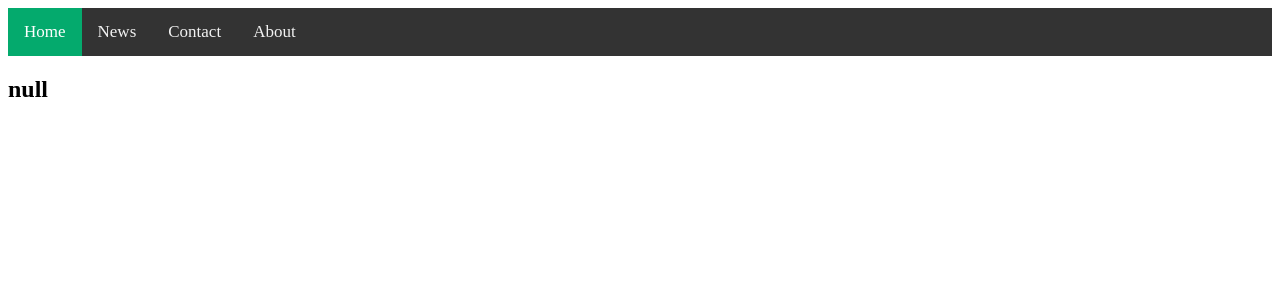
Repository: KnowledgeMarkg/Java-framerwork
Page: http://localhost/ServletDem/about.jsp
An editor plug-in stored every save of this project. The page is shown before and after the next save, followed by the edit.
The browser window is 1280 px wide. The pictures show the whole page.
The page is served by Tomcat 10.

Above is the page before, as saved 2023-08-17 16:31:59.

After the next save:
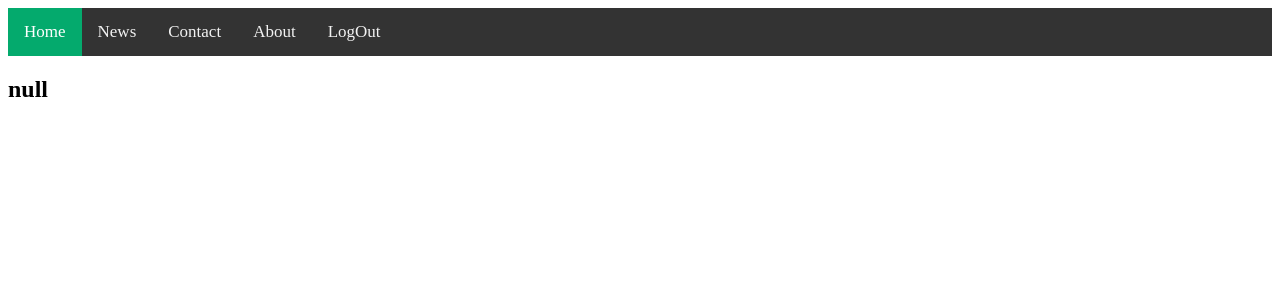
Saved 2 min 31 s later.
--- a/Servlet_JSP/ServletDem/src/main/webapp/about.jsp
+++ b/Servlet_JSP/ServletDem/src/main/webapp/about.jsp
@@ -13,6 +13,7 @@
      <a href="home.jsp">News</a>
      <a href="contact.jsp">Contact</a>
      <a href="about.jsp">About</a>
+     <a href="Logout">LogOut</a>
      </div>
 
 <%
